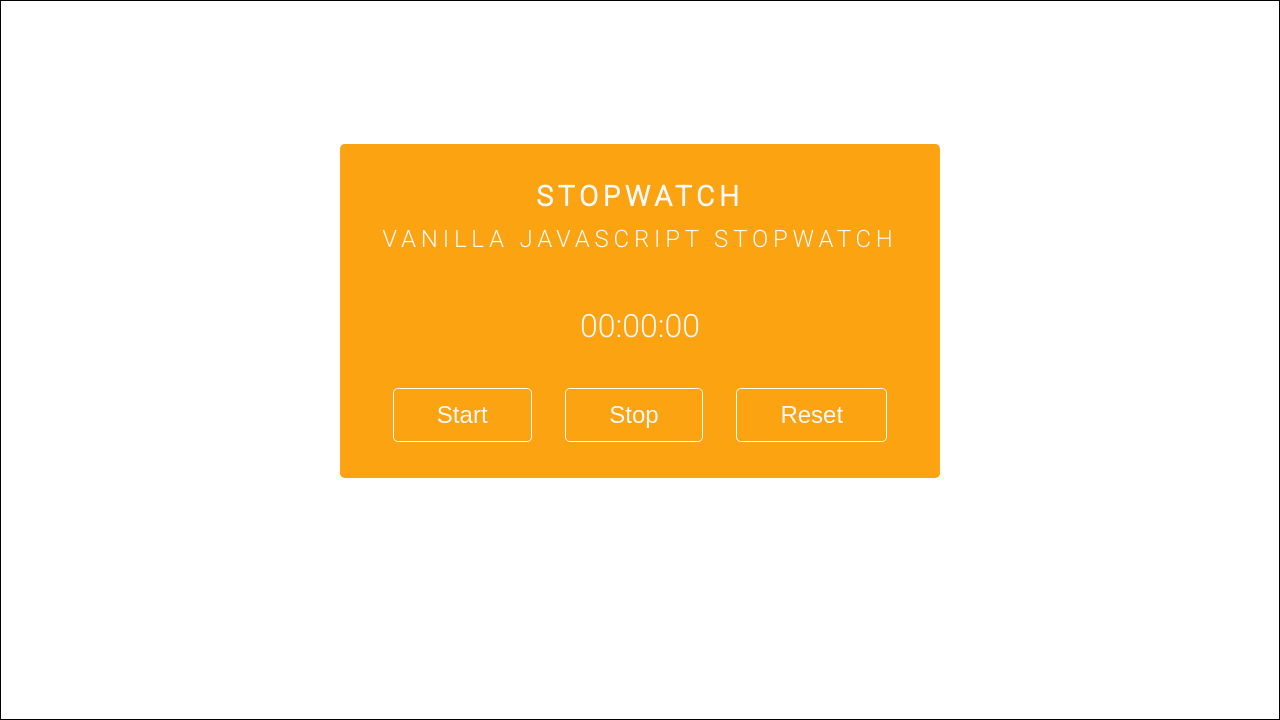
Repository: siaxiong/siaxiong.github.io
Page: doc/stopWatch.html
These files come from the project's save history. The page is drawn as it stood at one moment and after the next save; the edit follows.
The browser window is 1280 px wide. The pictures show the whole page.

Above is the page before, as saved 2021-03-10 21:39:34.

### doc/stopWatch.html
<!DOCTYPE html>
<html lang="en">

<head>
    <meta charset="UTF-8">
    <meta http-equiv="X-UA-Compatible" content="IE=edge">
    <meta name="viewport" content="width=device-width, initial-scale=1.0">
    <link rel="preconnect" href="https://fonts.gstatic.com">
    <link href="https://fonts.googleapis.com/css2?family=Roboto:wght@300&display=swap" rel="stylesheet">
    <title>StopWatch</title>
</head>

<style>
    * {
        box-sizing: border-box;
        padding: 0;
        margin: 0;
    }


    .container {
        border: 1px solid black;
        height: 100vh;
    }

    .stopwatch {
        margin: 0 auto;
        max-width: 600px;
        width: 100%;

        color: #f8f9fa;
        font-family: 'Roboto', sans-serif;
        text-align: center;

        font-size: 1.5rem;
        border-radius: 0.2em;

    }

    .stopwatch--orange {
        background-color: #fca311;

    }

    .stopwatch__title,
    .stopwatch__buttons {
        padding: 1.5em;
        /* margin: 1em 0; */
        /* border: 1px solid yellow; */
    }

    .stopwatch__title {
        overflow-wrap: break-word;
        letter-spacing: 0.2em;
        /* font-size: 1.5rem; */
    }

    .stopwatch__title>* + *{
        margin: 0.5em 0;

    }

    .stopwatch__buttons {
        display: flex;
        justify-content: space-around;
        flex-wrap: wrap;
    }



    .stopwatch__time {
        overflow-wrap: break-word;
        font-size: 2rem;
        padding: 0.2em;
    }

    .stopwatch__buttons>* {
        border: 1px solid #fff;
        border-radius: 0.2em;
        padding: 0.5em 1.8em;
        font-size: inherit;
        color: inherit;
        background-color: inherit;

    }

    .stopwatch--position {
        position: absolute;
        top: 20%;
        left: 50%;
        transform: translateX(-50%);

    }

    @media only screen and (max-width: 700px) {
        .stopwatch {
            max-width: 90%;
        }
    }

    @media only screen and (max-width:500px) {
        .stopwatch__buttons>* {
            flex: 1;
        }
    }
</style>

<body>

    <!-----USE BEM METHODOLOGY-->
    <div class="container">

        <div class="stopwatch stopwatch--orange stopwatch--medium stopwatch--position">
            <div class="stopwatch__title">
                <h3>STOPWATCH</h3>
                <p>VANILLA JAVASCRIPT STOPWATCH</p>
            </div>

            <div id="stopwatch__time" class="stopwatch__time">
                00:00:00

            </div>

            <div class="stopwatch__buttons">
                <button id="stopwatch__button--start" class="stopwatch__button">
                    Start
                </button>
                <button id="stopwatch__button--stop" class="stopwatch__button">
                    Stop
                </button>
                <button id="stopwatch__button--reset"class="stopwatch__button">
                    Reset
                </button>
            </div>

        </div>

    </div>

    <script>

        let startButton = document.getElementById('stopwatch__button--start');
        let stopButton = document.getElementById('stopwatch__button--stop');
        let resetButton = document.getElementById('stopwatch__button--reset');

        let startTime;
        let elapsedTime = 0;
        let timerInterval;

        startButton.addEventListener("click", start);
        stopButton.addEventListener("click", stop);
        resetButton.addEventListener("click", reset);



        function start(){
            startTime = Date.now() - elapsedTime;
            timerInterval = setInterval(function printTime(){
                elapsedTime = Date.now() - startTime;
                print(timeToString(elapsedTime));
            }, 10)
        }

        function stop(){
            clearInterval(timerInterval);
        }

        function reset(){
            clearInterval(timerInterval);
            print("00:00:00");
            elapsedTime = 0;
        }

        function print(txt){
            document.getElementById("stopwatch__time").innerHTML = txt;
        }

        function timeToString(time) {

            let diffInHrs = time / 3600000;
            let hh = Math.floor(diffInHrs)

            let diffInMin = (diffInHrs - hh) * 60;
            let mm = Math.floor(diffInMin)

            let diffInSec = (diffInMin - mm) * 60;
            let ss = Math.floor(diffInSec);

            let DiffInMs = (diffInSec - ss) * 100;
            let ms = Math.floor(DiffInMs);


            let formattedMM = mm.toString().padStart(2, "0");
            let formattedSS = ss.toString().padStart(2, "0");
            let formattedMS = ms.toString().padStart(2, "0");


            return `${formattedMM}:${formattedSS}:${formattedMS}`;
        }




    </script>


</body>

</html>

After the next save:
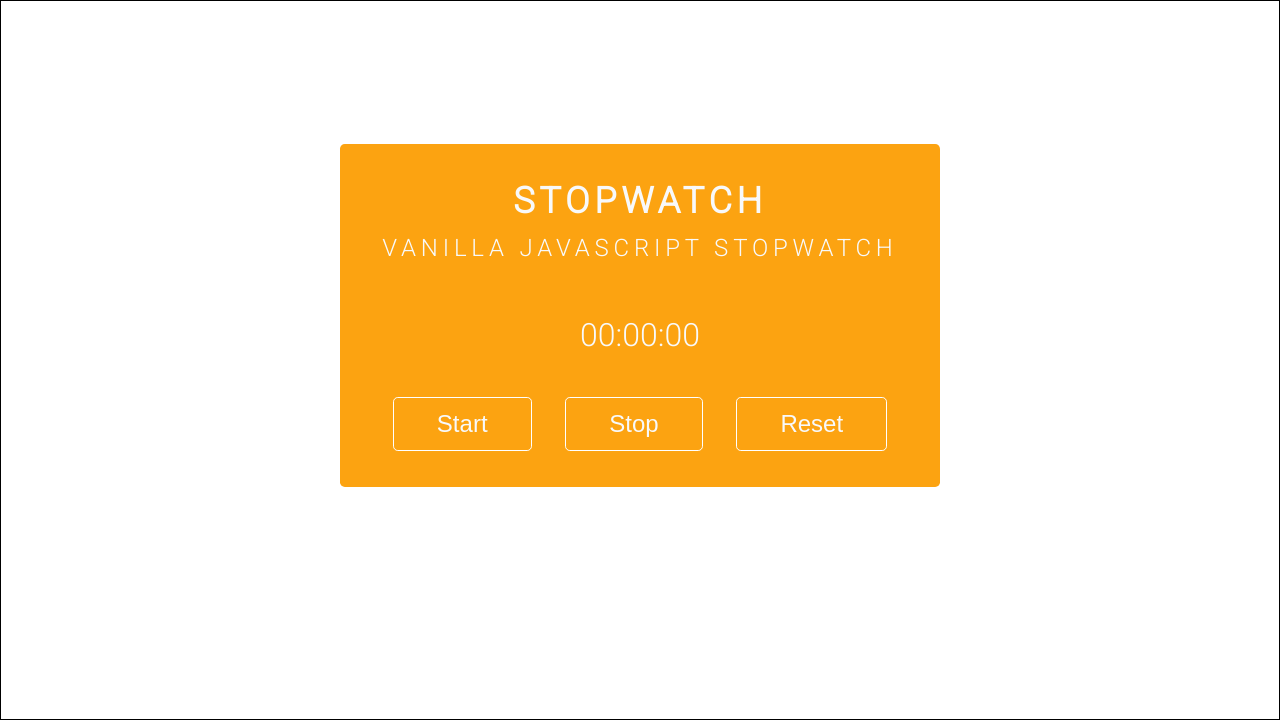
Saved 29 s later.
--- a/doc/stopWatch.html
+++ b/doc/stopWatch.html
@@ -112,7 +112,7 @@
 
         <div class="stopwatch stopwatch--orange stopwatch--medium stopwatch--position">
             <div class="stopwatch__title">
-                <h3>STOPWATCH</h3>
+                <h2>STOPWATCH</h2>
                 <p>VANILLA JAVASCRIPT STOPWATCH</p>
             </div>
 

After the save that followed:
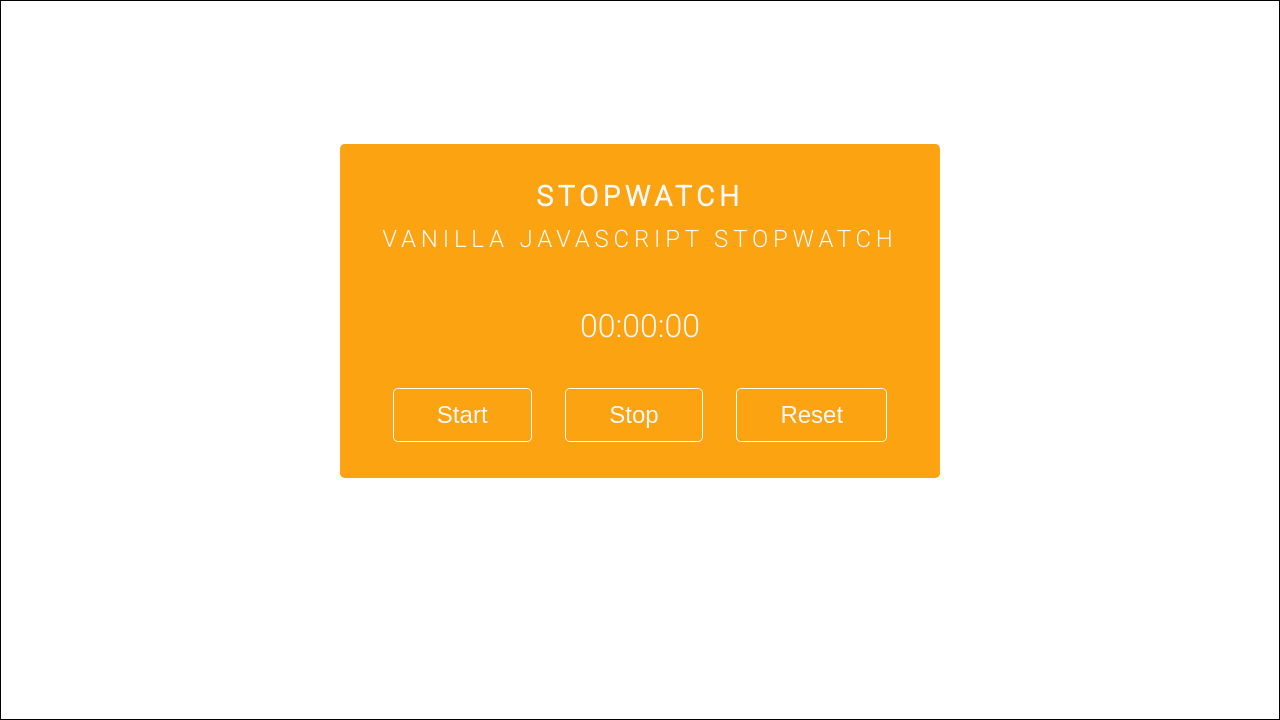
Saved 8 s later.
--- a/doc/stopWatch.html
+++ b/doc/stopWatch.html
@@ -112,7 +112,7 @@
 
         <div class="stopwatch stopwatch--orange stopwatch--medium stopwatch--position">
             <div class="stopwatch__title">
-                <h2>STOPWATCH</h2>
+                <h3>STOPWATCH</h3>
                 <p>VANILLA JAVASCRIPT STOPWATCH</p>
             </div>
 
